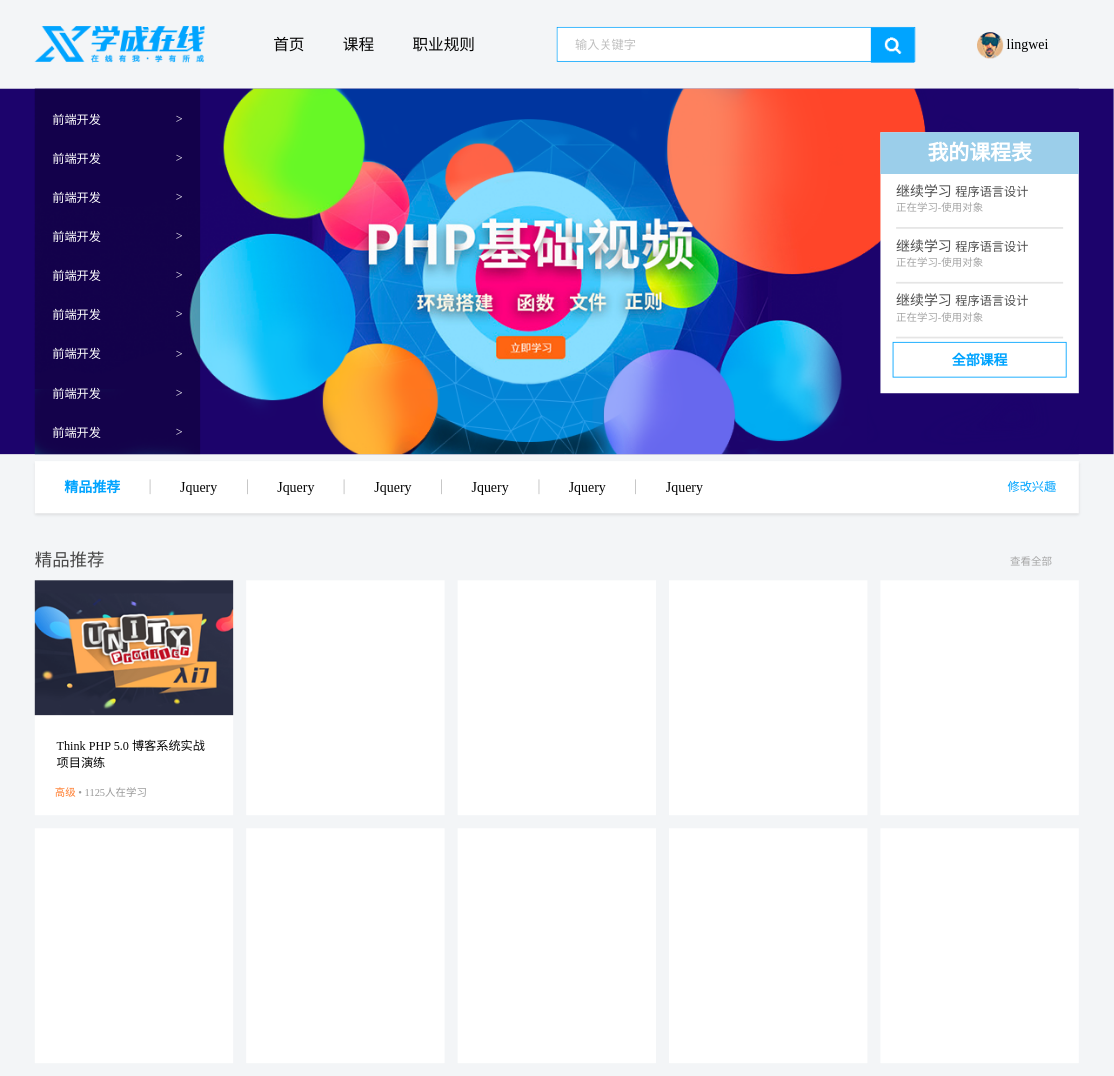
Repository: DengBiHua/xcdx
Page: index.html
The author's editor kept a copy of each file at every save. The page is drawn from the files as they stood at one save, then again after the next save.
The browser window is 1280 px wide. The pictures show the whole page, at 87% of full size.

Above is the page before, as saved 2022-04-15 10:35:43.

After the next save:
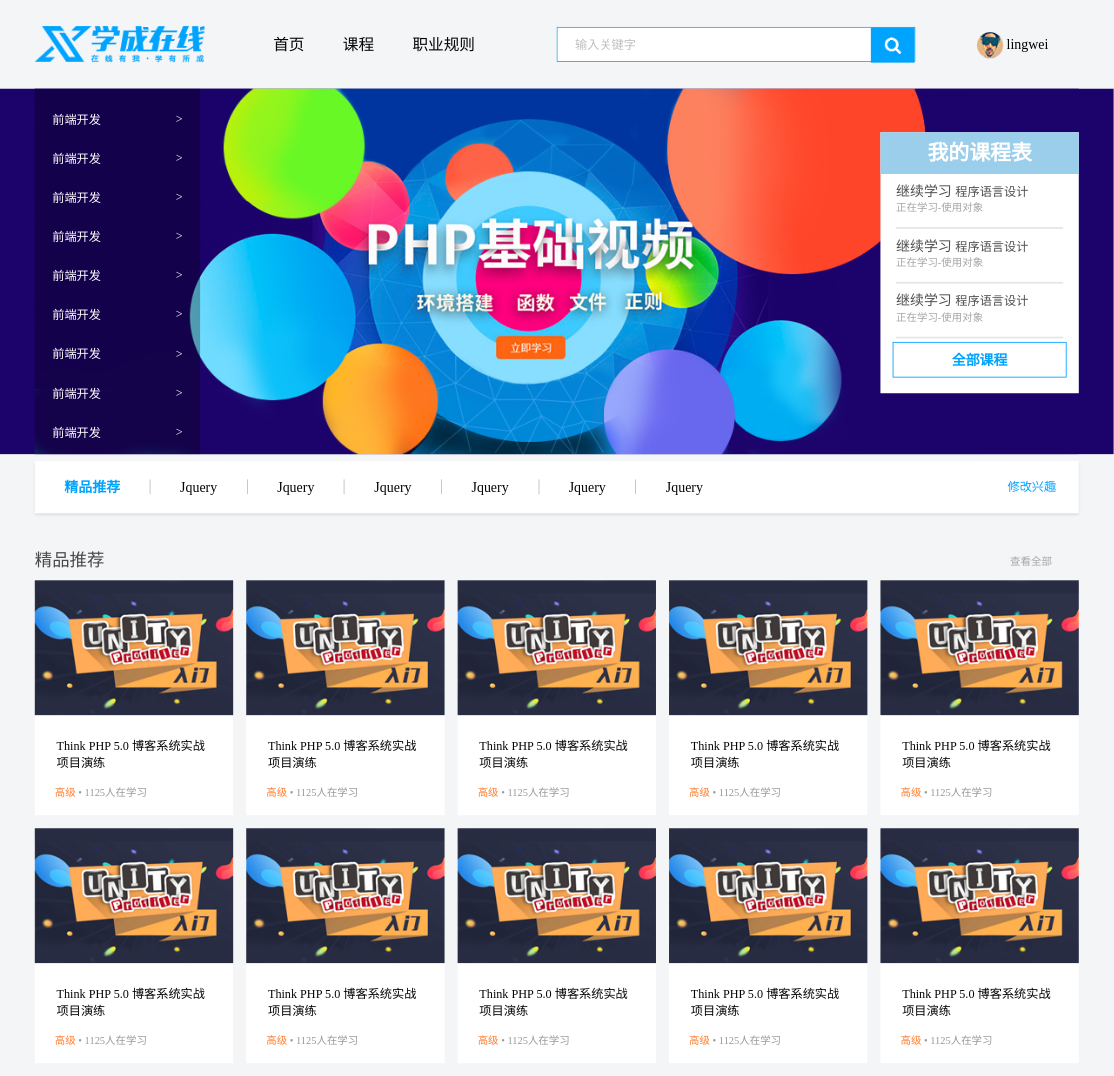
Saved 53 s later.
--- a/index.html
+++ b/index.html
@@ -105,15 +105,69 @@
                         <p><span>高级</span>  •  1125人在学习</p>
                     </a>
                 </li>
-                <li><a href="#"></a></li>
-                <li><a href="#"></a></li>
-                <li><a href="#"></a></li>
-                <li><a href="#"></a></li>
-                <li><a href="#"></a></li>
-                <li><a href="#"></a></li>
-                <li><a href="#"></a></li>
-                <li><a href="#"></a></li>
-                <li><a href="#"></a></li>
+                <li>
+                    <a href="#">
+                        <img src="./images/course07.png" alt="">
+                        <h3>Think PHP 5.0 博客系统实战项目演练</h3>
+                        <p><span>高级</span>  •  1125人在学习</p>
+                    </a>
+                </li>
+                <li>
+                    <a href="#">
+                        <img src="./images/course07.png" alt="">
+                        <h3>Think PHP 5.0 博客系统实战项目演练</h3>
+                        <p><span>高级</span>  •  1125人在学习</p>
+                    </a>
+                </li>
+                <li>
+                    <a href="#">
+                        <img src="./images/course07.png" alt="">
+                        <h3>Think PHP 5.0 博客系统实战项目演练</h3>
+                        <p><span>高级</span>  •  1125人在学习</p>
+                    </a>
+                </li>
+                <li>
+                    <a href="#">
+                        <img src="./images/course07.png" alt="">
+                        <h3>Think PHP 5.0 博客系统实战项目演练</h3>
+                        <p><span>高级</span>  •  1125人在学习</p>
+                    </a>
+                </li>
+                <li>
+                    <a href="#">
+                        <img src="./images/course07.png" alt="">
+                        <h3>Think PHP 5.0 博客系统实战项目演练</h3>
+                        <p><span>高级</span>  •  1125人在学习</p>
+                    </a>
+                </li>
+                <li>
+                    <a href="#">
+                        <img src="./images/course07.png" alt="">
+                        <h3>Think PHP 5.0 博客系统实战项目演练</h3>
+                        <p><span>高级</span>  •  1125人在学习</p>
+                    </a>
+                </li>
+                <li>
+                    <a href="#">
+                        <img src="./images/course07.png" alt="">
+                        <h3>Think PHP 5.0 博客系统实战项目演练</h3>
+                        <p><span>高级</span>  •  1125人在学习</p>
+                    </a>
+                </li>
+                <li>
+                    <a href="#">
+                        <img src="./images/course07.png" alt="">
+                        <h3>Think PHP 5.0 博客系统实战项目演练</h3>
+                        <p><span>高级</span>  •  1125人在学习</p>
+                    </a>
+                </li>
+                <li>
+                    <a href="#">
+                        <img src="./images/course07.png" alt="">
+                        <h3>Think PHP 5.0 博客系统实战项目演练</h3>
+                        <p><span>高级</span>  •  1125人在学习</p>
+                    </a>
+                </li>
             </ul>
         </div>
     </div>
